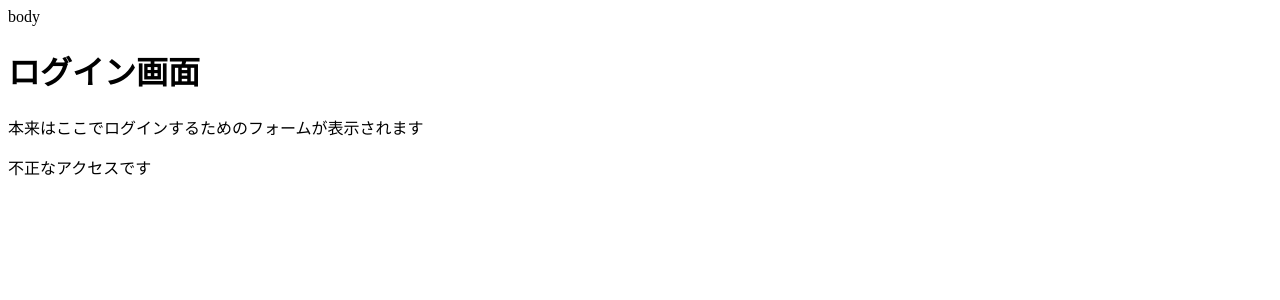
Repository: red-grampus/webApp
Page: http://localhost/TomcatTest/Login1
The author's editor kept a copy of each file at every save. The page is drawn from the files as they stood at one save, then again after the next save.
The browser window is 1280 px wide. The pictures show the whole page.
The page is served by Tomcat 9.

Above is the page before, as saved 2015-11-03 13:03:01.

After the next save:
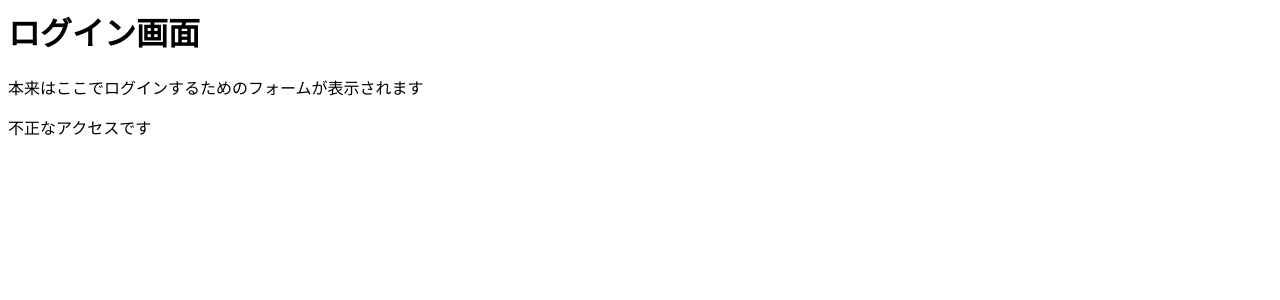
Saved 59 s later.
--- a/TomcatTest/src/com/example/part1/Login1.java
+++ b/TomcatTest/src/com/example/part1/Login1.java
@@ -38,7 +38,7 @@ public class Login1 extends HttpServlet {
 		out.println("<head>");
 		out.println("<title>ログインページ</title>");
 		out.println("</head>");
-		out.println("body");
+		out.println("<body>");
 
 		out.println("<h1>ログイン画面</h1>");
 
